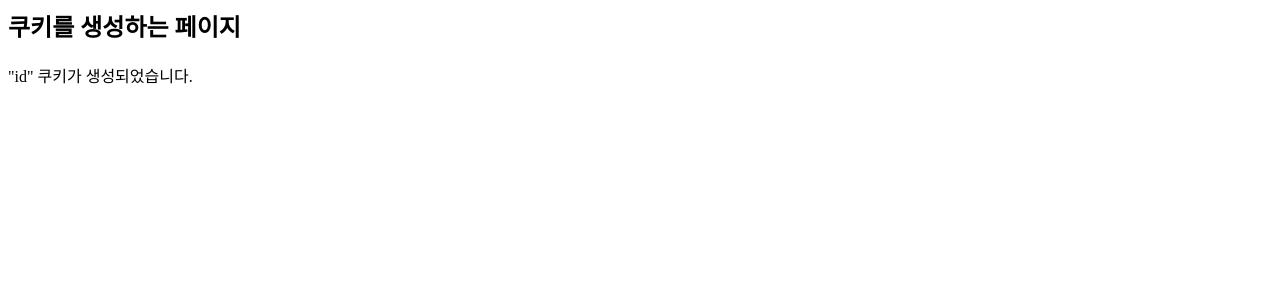
Repository: gugucon-hwan/ForStudyJSP
Page: http://localhost/StudyBasicJSP/ch12/makeCookie.jsp
The author's editor kept a copy of each file at every save. The page is drawn from the files as they stood at one save, then again after the next save.
The browser window is 1280 px wide. The pictures show the whole page.
The page is served by Tomcat 9.

Above is the page before, as saved 2020-08-21 21:08:43.

After the next save:
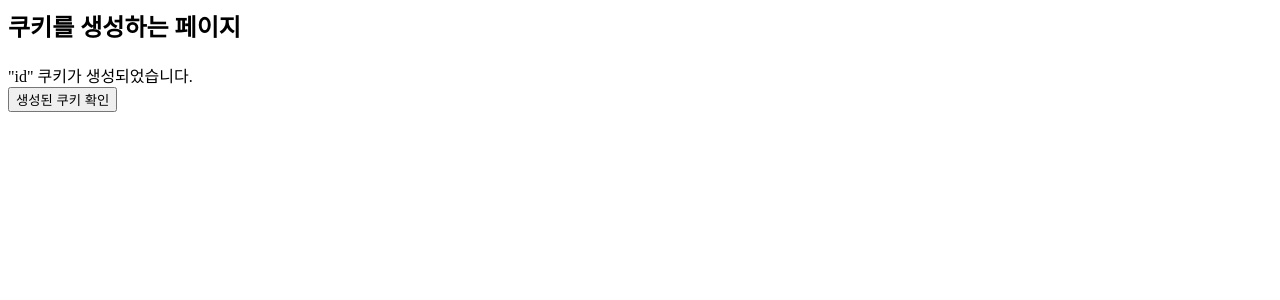
Saved 33 s later.
--- a/StudyBasicJSP/WebContent/ch12/makeCookie.jsp
+++ b/StudyBasicJSP/WebContent/ch12/makeCookie.jsp
@@ -14,6 +14,8 @@
 <body>
 	<h2>쿠키를 생성하는 페이지</h2>
 	"<%=cookieName %>" 쿠키가 생성되었습니다.<br>
-
+	<form method="post" action="useCookie.jsp">
+		<input type="submit" value="생성된 쿠키 확인">
+	</form>
 </body>
 </html>
